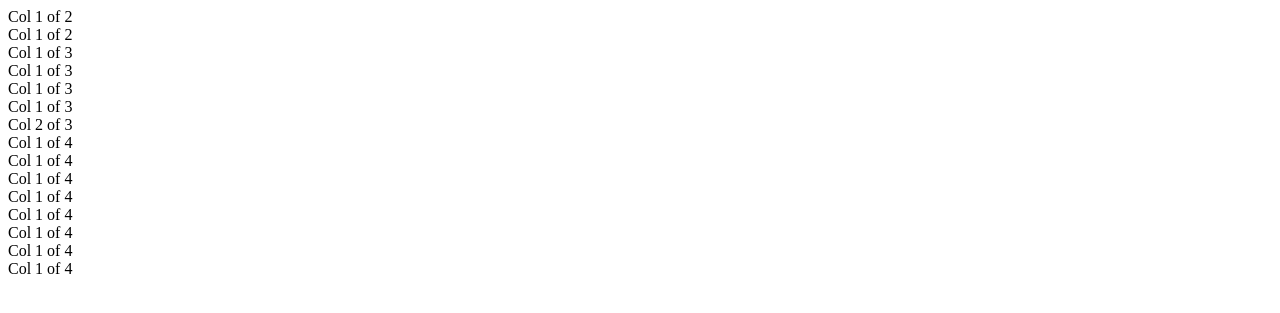
Repository: haokiet2501/grid-basic
Page: index.html
The author's editor kept a copy of each file at every save. The page is drawn from the files as they stood at one save, then again after a run of saves.
The browser window is 1280 px wide. The pictures show the whole page.

Above is the page before, as saved 2022-08-11 17:08:17.

After the next 2 saves:
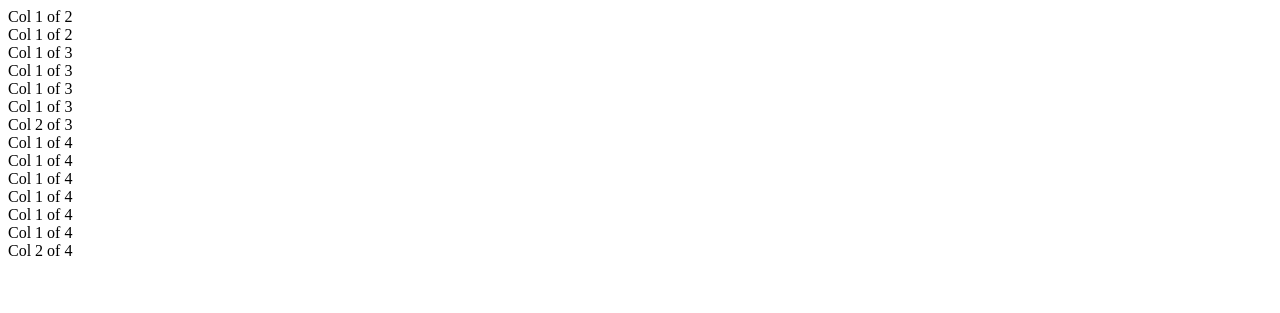
The 2 saves are shown as one change because they came seconds apart.
The last was saved 9 s later.
--- a/index.html
+++ b/index.html
@@ -62,10 +62,7 @@
                 Col 1 of 4
             </div>
             <div class="col-1-of-4">
-                Col 1 of 4
-            </div>
-            <div class="col-1-of-4">
-                Col 1 of 4
+                Col 2 of 4
             </div>
         </div>
 
